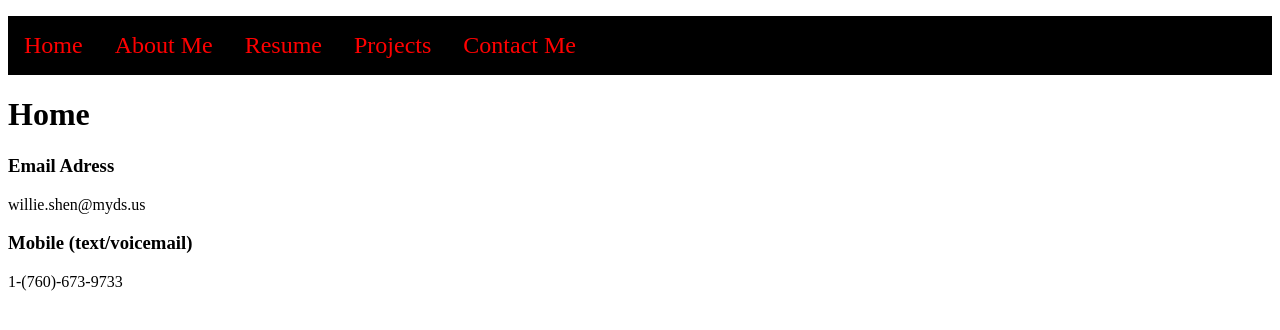
Repository: Kur0bane/Kur0bane.github.io
Page: contactme.html
The author's editor kept a record of every edit. The page is drawn from the files as they stood at one moment, then again after the next edit.
The browser window is 1280 px wide. The pictures show the whole page.

Above is the page before.

### contactme.html
<!DOCTYPE html>
<html>
    <head>
    <title>Contact Me</title>
    <link rel="stylesheet" type="text/css" href="style.css">

    </head>

    <body>
        <ul class="navbar">
            <li><a href="index.html">Home</a></li>
            <li><a href="aboutme.html">About Me</a></li>
            <li><a href="resume.html">Resume</a></li>
            <li class="dropdown">
                <div>Projects</div>
                <ul class="dropdown-content">
                    <li><a href="textadventure.html">Text Adventure</a></li>
                    <li><a href="project2.html">Python Project</a></li>
                    <li><a href="project3.html">Project 3</a></li>
                </ul>
            </li>
            <li><a href="contactme.html">Contact Me</a></li>
        </ul>

        <h1>Home</h1>

        <table>
            <tr>
                <div>
                    <h3 align="left">Email Adress</p>
                </div>
                <div>
                    <p align="left">willie.shen@myds.us</p>
                </div>
                <div>
                    <h3 align="left">Mobile (text/voicemail)</p>
                </div>
                <div>
                    <p align="left">1-(760)-673-9733</p>
                </div>
            </tr>
        </table>

    </body>
</html>

### style.css
        .navbar{
            list-style: none;
            background: black;
            overflow: hidden;
            padding: 0;
        }

        .navbar a, .dropdown div{
            text-decoration: none;
            color: red;
            font-size: 24px;
            padding: 16px;
            display: inline-block;
        }

        .navbar li{
            float: left;
        }

        .navbar li:hover{
            background-color: white;
        }

        .dropdown-content{
            list-style: none;
            padding: 0;
            display: none;
            position: absolute;
            z-index: 1;
            background-color: black;
        }

        .dropdown-content li{
            float: none;
        }

        .dropdown:hover .dropdown-content{
            display: block;
        }

        .active{
            background-color: white;
        }

        td{
            text-align: center;
        }

After the next edit:
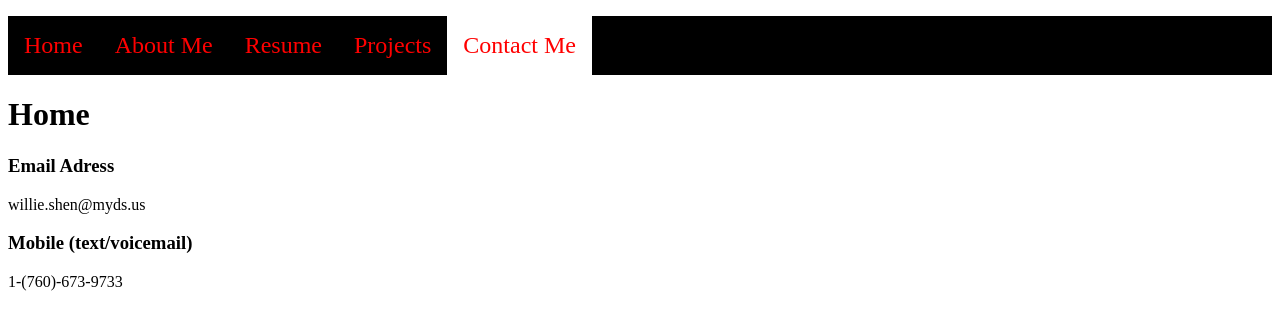
The edit:
--- a/contactme.html
+++ b/contactme.html
@@ -19,7 +19,7 @@
                     <li><a href="project3.html">Project 3</a></li>
                 </ul>
             </li>
-            <li><a href="contactme.html">Contact Me</a></li>
+            <li class="active"><a href="contactme.html">Contact Me</a></li>
         </ul>
 
         <h1>Home</h1>
